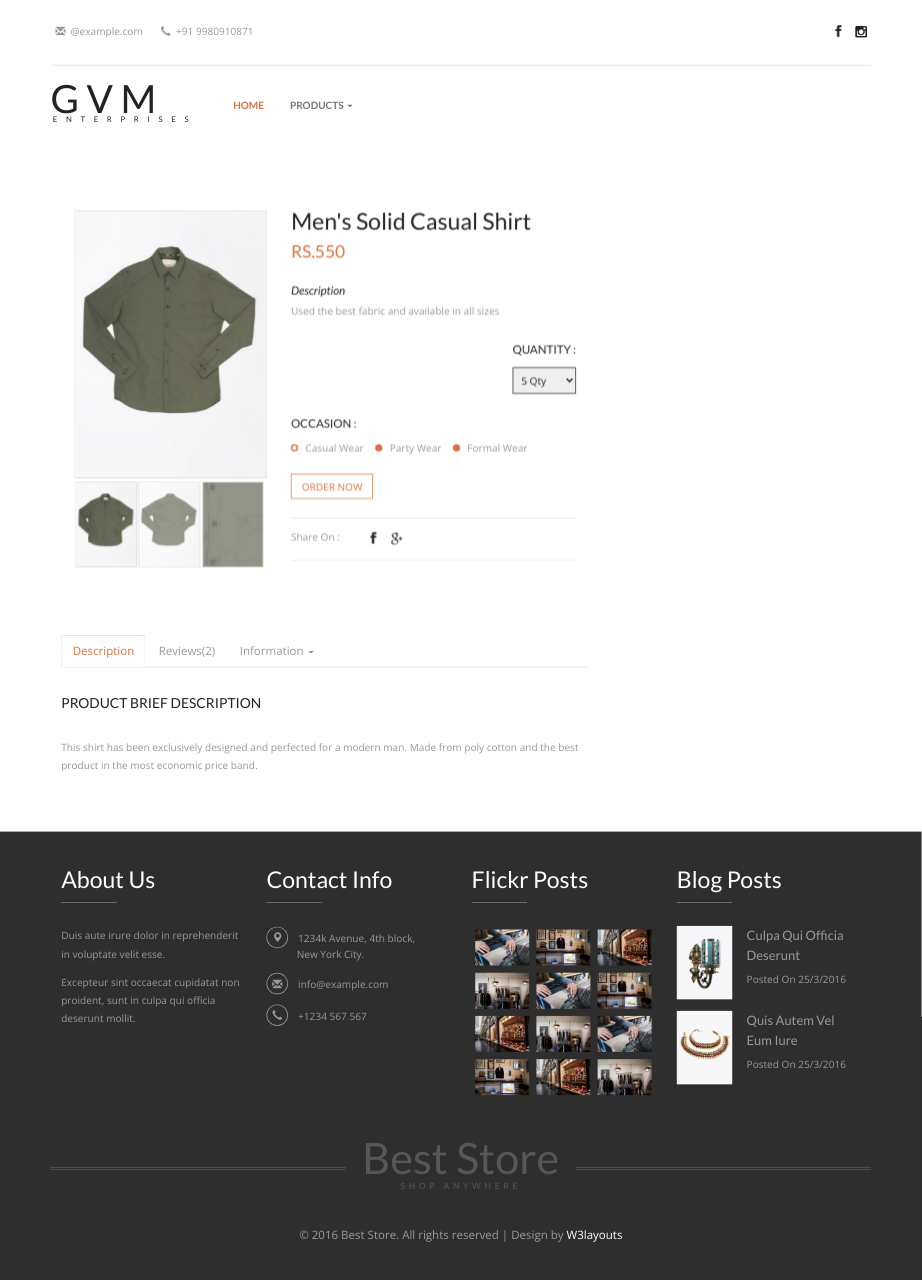
Repository: vinodmealla/flyerworkspace
Page: webstore2/WebContent/single.html
These files come from the project's save history. The page is drawn as it stood at one moment and after the next save; the edit follows.
The browser window is 1280 px wide. The pictures show the whole page, at 72% of full size.

Above is the page before, as saved 2017-10-03 09:52:57.

After the next save:
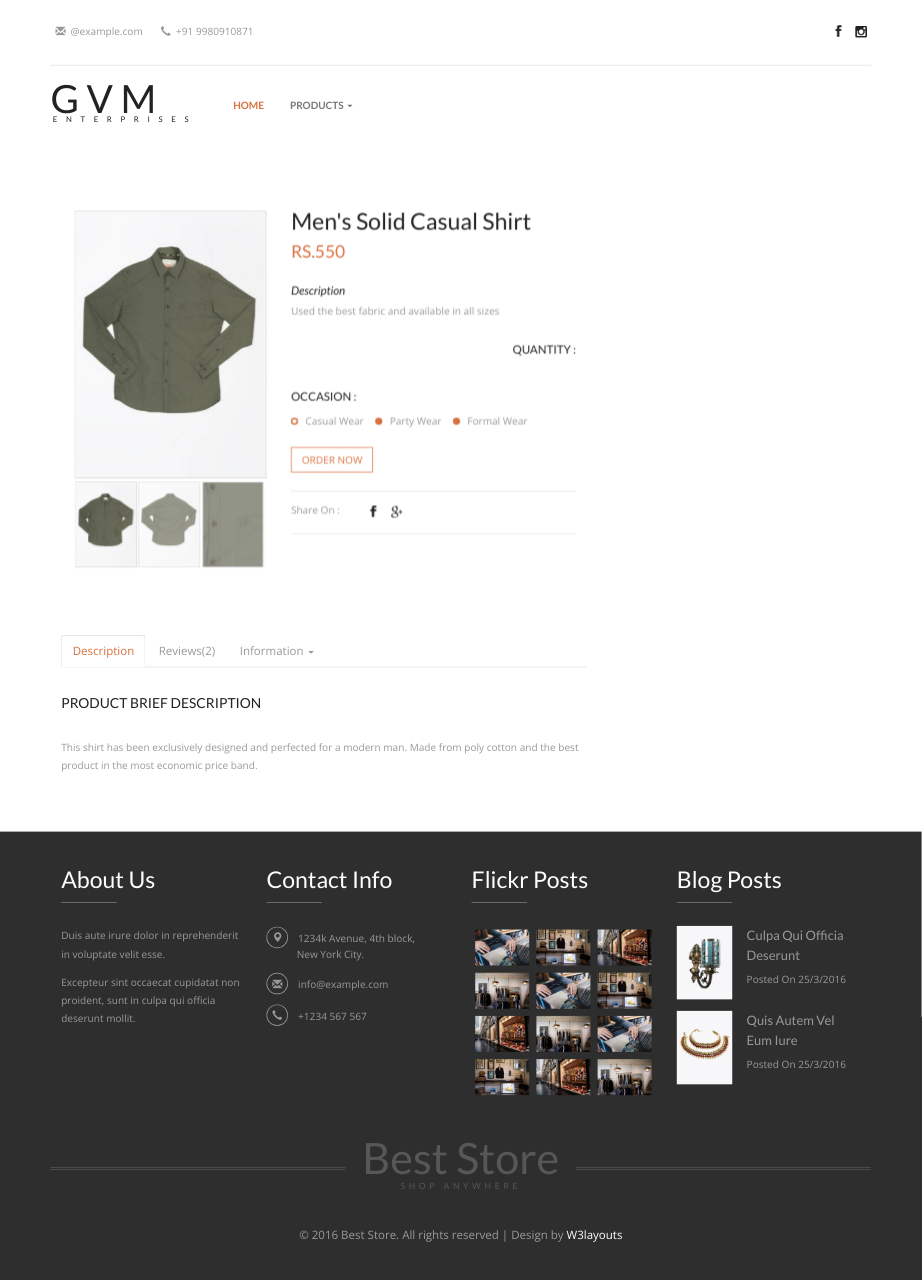
Saved 56 s later.
--- a/webstore2/WebContent/single.html
+++ b/webstore2/WebContent/single.html
@@ -314,12 +314,16 @@
 						</div> -->
 						<div class="color-quality-right">
 							<h5>Quantity :</h5>
-							<select id="country1" onchange="change_country(this.value)" class="frm-field required sect">
+						<!-- 	<select id="country1" onchange="change_country(this.value)" class="frm-field required sect">
 								<option value="null">5 Qty</option>
 								<option value="null">6 Qty</option>
 								<option value="null">7 Qty</option>
 								<option value="null">10 Qty</option>
-							</select>
+								<option value="null">11 Qty</option>
+								<option value="null">12 Qty</option>
+								<option value="null">7 Qty</option>
+								<option value="null">10 Qty</option>
+							</select> -->
 						</div>
 						<div class="clearfix"> </div>
 					<!-- </div> -->
